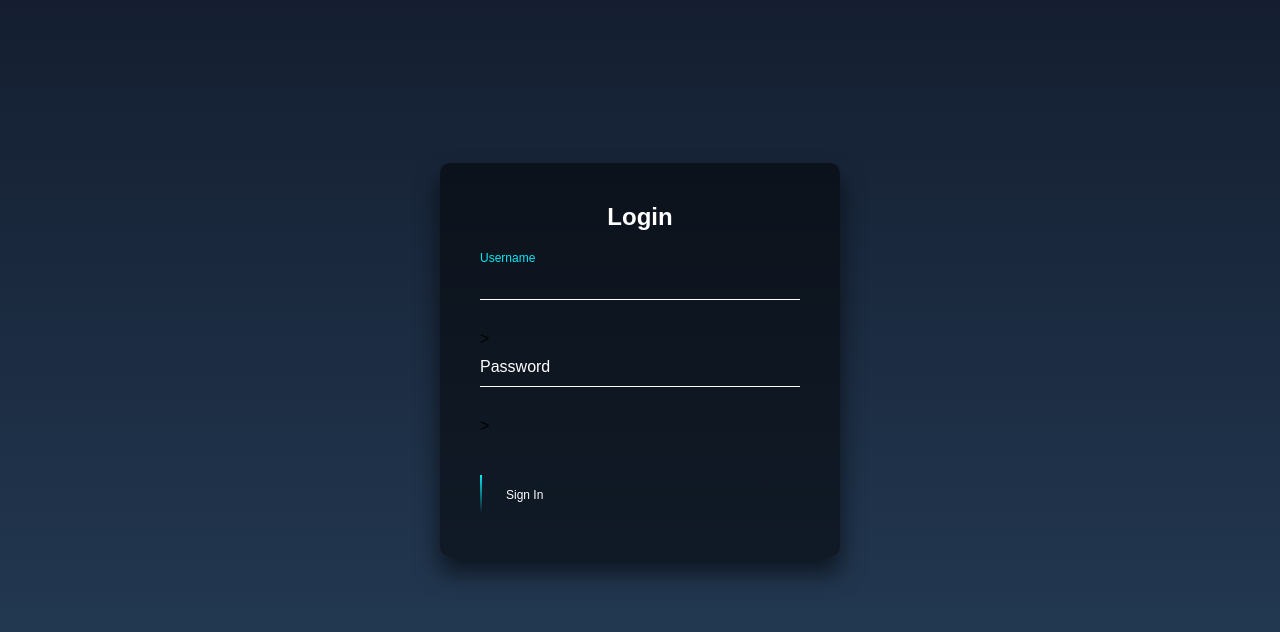
Repository: vanmai1912/CouresePJ
Page: http://localhost/login/
An editor plug-in stored every save of this project. The page is shown before and after the next save, followed by the edit.
The browser window is 1280 px wide. The pictures show the whole page.
The page is served by the project's application, run on Django 4.2 (manage.py). Other server files are loaded and not shown.

Above is the page before, as saved 2023-03-21 16:12:34.

### Courses/templates/registration/login.html
<!doctype html>
<html lang="en">
<head>
    <meta charset="UTF-8">
    {% load static %}
    <meta name="viewport"
          content="width=device-width, user-scalable=no, initial-scale=1.0, maximum-scale=1.0, minimum-scale=1.0">
    <meta http-equiv="X-UA-Compatible" content="ie=edge">
    <title>Document</title>
    <link rel="stylesheet" href="{% static 'css/login.css' %}">
</head>

<body>

<div class="login-box">
    <h2>Login</h2>
    <form action="" method="POST">

        {% csrf_token %}
        {% for key, value in form.errors.items %}
            {{value}}
        {% endfor %}
        <div class="user-box">
            <input type="text" {{form.username}} >
            <label>Username</label>
          </div>
          <div class="user-box">
            <input type="password"  {{form.password}}>
            <label>Password</label>
          </div>


          <a href="#">
            <span></span>
            <span></span>
            <span></span>
            <span></span>
            <input type="submit"  value="Sign In" >
          </a>



</form>
  </div>
</body>
</html>

### Courses/urls.py
from django.contrib import admin
from django.contrib.auth.views import LoginView
from django.urls import path, include
from . import views
from rest_framework.routers import DefaultRouter
from django.contrib.auth import views as auth_views

# router = DefaultRouter()
# router.register("categories", views.CategoryViewSet)
# router.register("courses", views.CourseViewSet)
# router.register("users", views.UserViewSet)
# router.register("teachers", views.TeacherViewSet)
# router.register("register", views.registerViewSet)


urlpatterns = [
    path('', views.index, name=''),
    path('login/', LoginView.as_view(), name='login'),
    path('classes/', views.classes, name="classes"),
    path('logout/', auth_views.LogoutView.as_view(next_page='/'), name='logout'),
    path('register/', views.register, name='register'),
    path('admin/', admin.site.urls, name='admin'),
   # path('payment/',views.payment,name='payment')

]

### Courses/static/css/login.css
html {
    height: 100%;
  }
  body {
    margin:0;
    padding:0;
    font-family: sans-serif;
    background: linear-gradient(#141e30, #243b55);
  }

  .login-box {
    position: absolute;
    top: 50%;
    left: 50%;
    width: 400px;
    padding: 40px;
    transform: translate(-50%, -50%);
    background: rgba(0,0,0,.5);
    box-sizing: border-box;
    box-shadow: 0 15px 25px rgba(0,0,0,.6);
    border-radius: 10px;
  }

  .login-box h2 {
    margin: 0 0 30px;
    padding: 0;
    color: #fff;
    text-align: center;
  }

  .login-box .user-box {
    position: relative;
  }

  .login-box .user-box input {
    width: 100%;
    padding: 10px 0;
    font-size: 16px;
    color: #fff;
    margin-bottom: 30px;
    border: none;
    border-bottom: 1px solid #fff;
    outline: none;
    background: transparent;
  }
  .login-box .user-box label {
    position: absolute;
    top:0;
    left: 0;
    padding: 10px 0;
    font-size: 16px;
    color: #fff;
    pointer-events: none;
    transition: .5s;
  }

  .login-box .user-box input:focus ~ label,
  .login-box .user-box input:valid ~ label {
    top: -20px;
    left: 0;
    color: #03e9f4;
    font-size: 12px;
  }

  .login-box form a {
    position: relative;
    display: inline-block;
    padding: 10px 20px;
    color: #03e9f4;
    font-size: 16px;
    text-decoration: none;
    text-transform: uppercase;
    overflow: hidden;
    transition: .5s;
    margin-top: 40px;
    letter-spacing: 4px
  }

  .login-box a:hover {
    background: #03e9f4;
    color: #fff;
    border-radius: 5px;
    box-shadow: 0 0 5px #03e9f4,
                0 0 25px #03e9f4,
                0 0 50px #03e9f4,
                0 0 100px #03e9f4;
  }

  .login-box a span {
    position: absolute;
    display: block;
  }

  .login-box a span:nth-child(1) {
    top: 0;
    left: -100%;
    width: 100%;
    height: 2px;
    background: linear-gradient(90deg, transparent, #03e9f4);
    animation: btn-anim1 1s linear infinite;
  }

  @keyframes btn-anim1 {
    0% {
      left: -100%;
    }
    50%,100% {
      left: 100%;
    }
  }

  .login-box a span:nth-child(2) {
    top: -100%;
    right: 0;
    width: 2px;
    height: 100%;
    background: linear-gradient(180deg, transparent, #03e9f4);
    animation: btn-anim2 1s linear infinite;
    animation-delay: .25s
  }

  @keyframes btn-anim2 {
    0% {
      top: -100%;
    }
    50%,100% {
      top: 100%;
    }
  }

  .login-box a span:nth-child(3) {
    bottom: 0;
    right: -100%;
    width: 100%;
    height: 2px;
    background: linear-gradient(270deg, transparent, #03e9f4);
    animation: btn-anim3 1s linear infinite;
    animation-delay: .5s
  }

  @keyframes btn-anim3 {
    0% {
      right: -100%;
    }
    50%,100% {
      right: 100%;
    }
  }

  .login-box a span:nth-child(4) {
    bottom: -100%;
    left: 0;
    width: 2px;
    height: 100%;
    background: linear-gradient(360deg, transparent, #03e9f4);
    animation: btn-anim4 1s linear infinite;
    animation-delay: .75s
  }

  @keyframes btn-anim4 {
    0% {
      bottom: -100%;
    }
    50%,100% {
      bottom: 100%;
    }
  }
  input[type='submit']{
    background-color: transparent;
    color: #fff;
    border: none;
    font-size: 12px;
  }

After the next save:
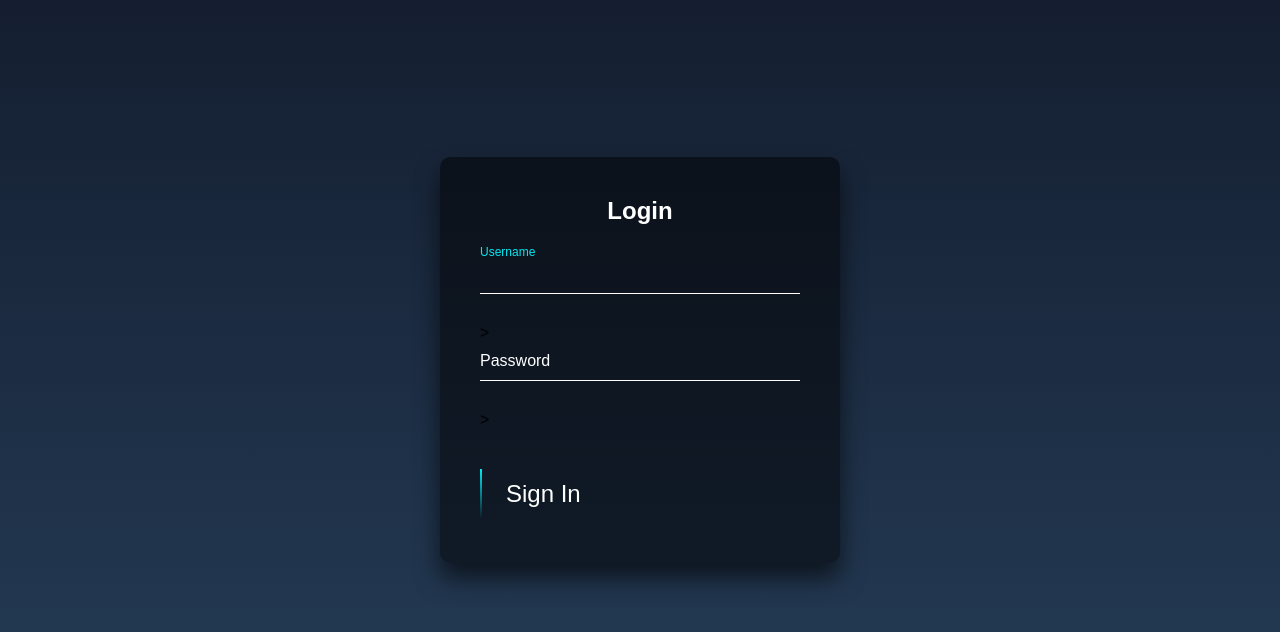
Saved 14 s later.
--- a/Courses/static/css/login.css
+++ b/Courses/static/css/login.css
@@ -169,5 +169,5 @@ html {
     background-color: transparent;
     color: #fff;
     border: none;
-    font-size: 12px;
+    font-size: 24px;
   }
